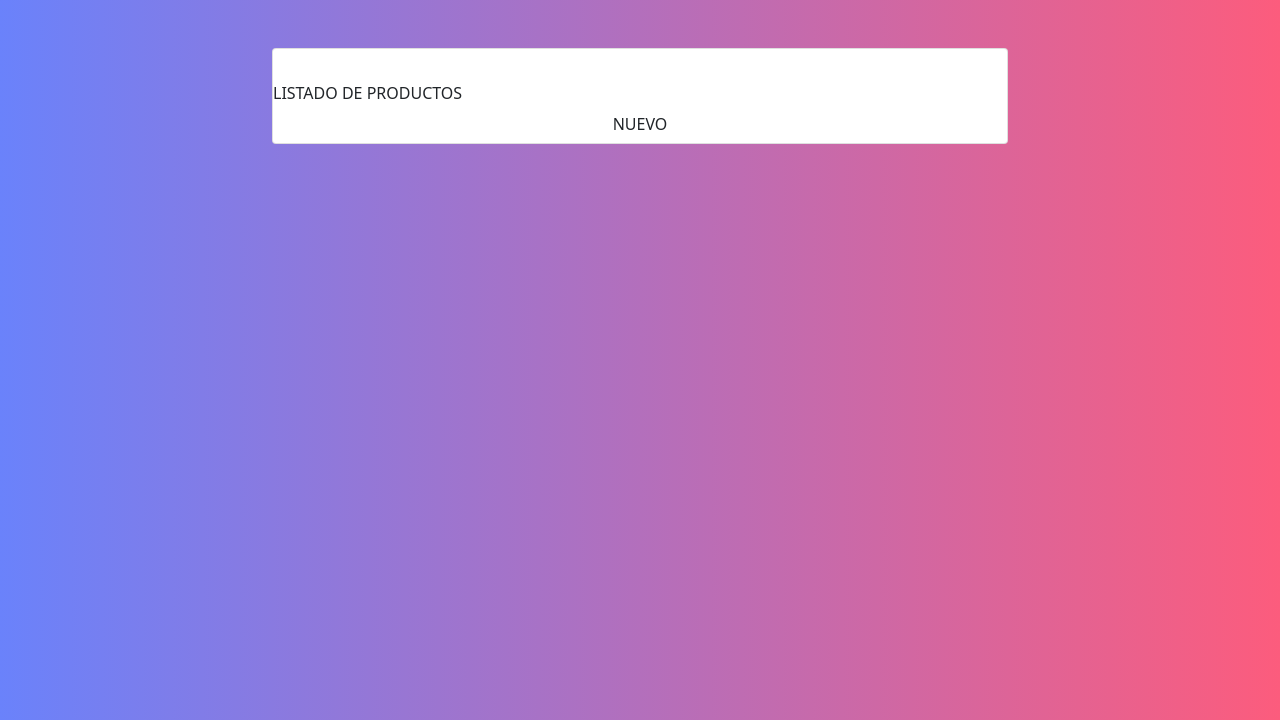
Repository: vivianaleivagalvez/crud_angular
Page: /
The author's editor kept a copy of each file at every save. The page is drawn from the files as they stood at one save, then again after the next save.
The browser window is 1280 px wide. The pictures show the whole page.
The project was rebuilt for these pictures with package versions that can differ from the ones it lists, and the page was loaded fresh each time. Also part of the build but not shown: angular.json, src/app/components/crear-producto/crear-producto.component.ts.

Above is the page before, as saved 2022-01-26 23:58:17.

### src/index.html
<!doctype html>
<html lang="en">
<head>
  <meta charset="utf-8">
  <title>Cliente</title>
  <base href="/">

  <meta name="viewport" content="width=device-width, initial-scale=1">
  <link rel="icon" type="image/x-icon" href="favicon.ico">
</head>
<body>
  <app-root></app-root>
</body>
</html>

### src/styles.css
/* You can add global styles to this file, and also import other style files */
body{
  background: #FC5C7D;  /* fallback for old browsers */
  background: -webkit-linear-gradient(to right, #6A82FB, #FC5C7D);  /* Chrome 10-25, Safari 5.1-6 */
  background: linear-gradient(to right, #6A82FB, #FC5C7D); /* W3C, IE 10+/ Edge, Firefox 16+, Chrome 26+, Opera 12+, Safari 7+ */
}

### src/app/app.module.ts
import { BrowserModule } from '@angular/platform-browser';
import { NgModule } from '@angular/core';

import { AppComponent } from './app.component';
import { CrearProductoComponent } from './components/crear-producto/crear-producto.component';
import { ListarProductosComponent } from './components/listar-productos/listar-productos.component';
import { AppRoutingModule } from './app-routing.module';

@NgModule({
  declarations: [
    AppComponent,
    CrearProductoComponent,
    ListarProductosComponent
  ],
  imports: [
    BrowserModule,
    AppRoutingModule
  ],
  providers: [],
  bootstrap: [AppComponent]
})
export class AppModule { }

### src/app/components/listar-productos/listar-productos.component.ts
import { Component, OnInit } from '@angular/core';

@Component({
  selector: 'app-listar-productos',
  templateUrl: './listar-productos.component.html',
  styleUrls: ['./listar-productos.component.css']
})
export class ListarProductosComponent implements OnInit {

  constructor() { }

  ngOnInit() {
  }

}

### src/app/app-routing.module.ts
import { ListarProductosComponent } from './components/listar-productos/listar-productos.component';
import { CrearProductoComponent } from './components/crear-producto/crear-producto.component';
import { NgModule } from '@angular/core';
import { RouterModule, Routes } from '@angular/router';

const routes: Routes = [
  { path: '', component: ListarProductosComponent },
  { path: 'crear-producto', component: CrearProductoComponent },
  { path: 'editar-producto/:id', component: CrearProductoComponent },
  { path: '**', redirectTo: '', pathMatch: 'full' }
];

@NgModule({
  imports: [RouterModule.forRoot(routes)],
  exports: [RouterModule]
})
export class AppRoutingModule { }

### src/app/components/listar-productos/listar-productos.component.html
<div class="container mt-5">
  <div class="row">
    <div class="col-lg-8 offset-lg-2">
      <div class="card">
        <div class="card-body text-center"></div>
          <span>LISTADO DE PRODUCTOS</span>
          <button class="btn btn-succes float-end">NUEVO</button>
        </div>
      </div>
    </div>
  </div>

Loaded but not shown: src/main.ts (common file); src/environments/environment.ts (common file); src/app/app.component.ts (common file); src/app/app.component.html (common file); src/app/app.component.css (no stored copy; drawn as an empty file); src/app/components/listar-productos/listar-productos.component.css (no stored copy; drawn as an empty file)

After the next save:
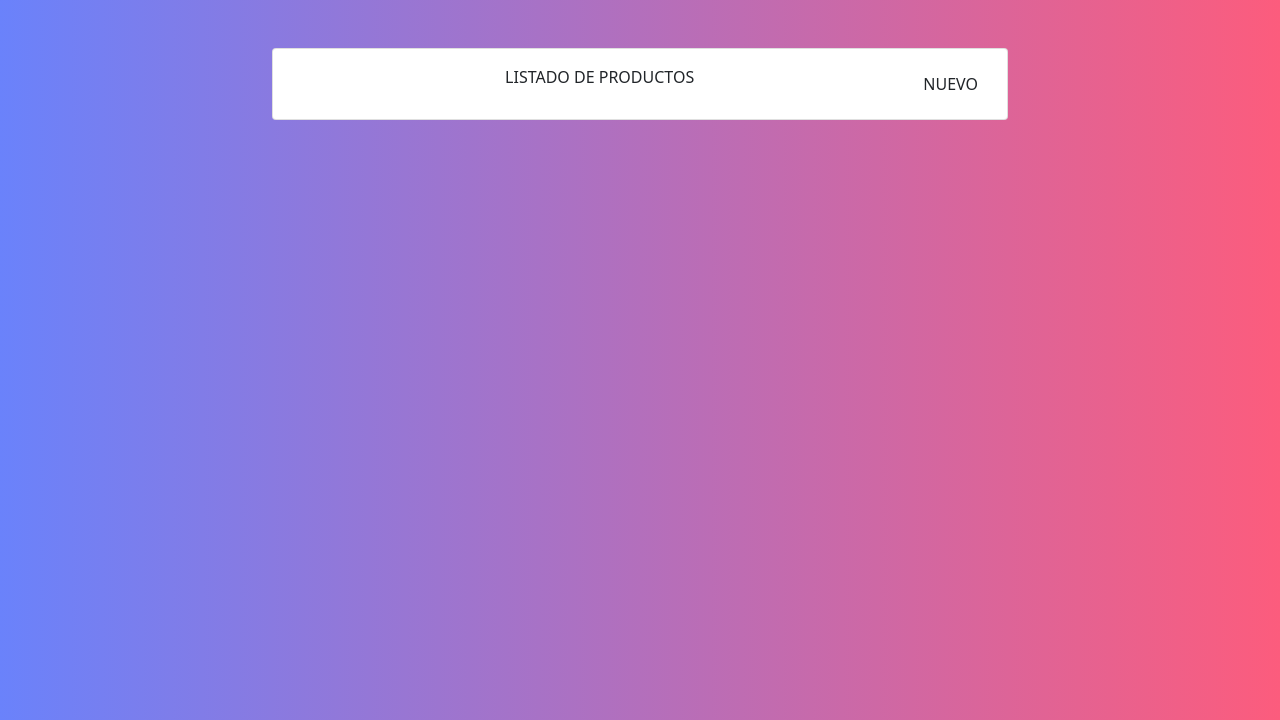
Saved 12 s later.
--- a/src/app/components/listar-productos/listar-productos.component.html
+++ b/src/app/components/listar-productos/listar-productos.component.html
@@ -2,10 +2,11 @@
   <div class="row">
     <div class="col-lg-8 offset-lg-2">
       <div class="card">
-        <div class="card-body text-center"></div>
+        <div class="card-body text-center">
           <span>LISTADO DE PRODUCTOS</span>
           <button class="btn btn-succes float-end">NUEVO</button>
         </div>
       </div>
     </div>
   </div>
+</div>
